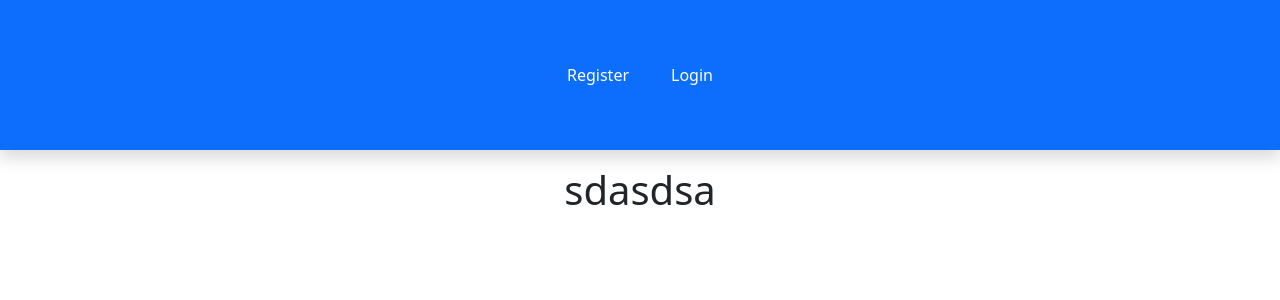
Repository: loveleii/firebase-login-logout
Page: /
The author's editor kept a copy of each file at every save. The page is drawn from the files as they stood at one save, then again after the next save.
The browser window is 1280 px wide. The pictures show the whole page.
The project was rebuilt for these pictures with package versions that can differ from the ones it lists, and the page was loaded fresh each time. Also part of the build but not shown: vite.config.ts, src/views/loginView.vue, src/assets/main.css.

Above is the page before, as saved 2023-03-04 19:30:22.

After the next save:
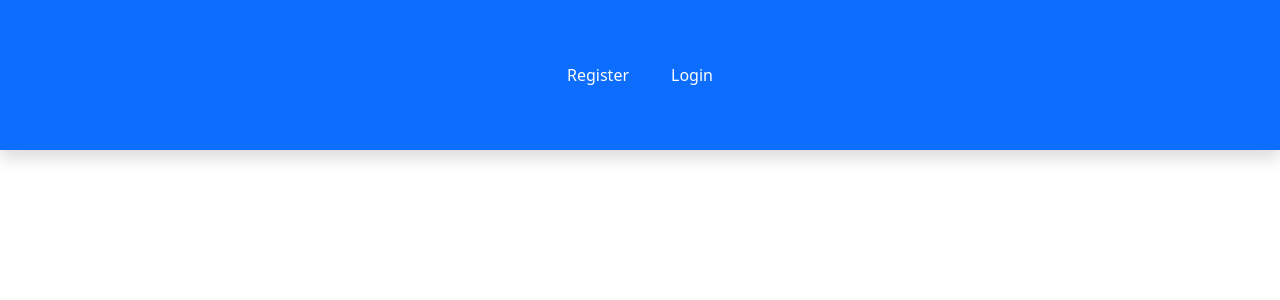
Saved 11 s later.
--- a/src/views/registerView.vue
+++ b/src/views/registerView.vue
@@ -1,6 +1,6 @@
 <template>
     <div>
-        <h1>sdasdsa</h1>
+
     </div>
 </template>
 
